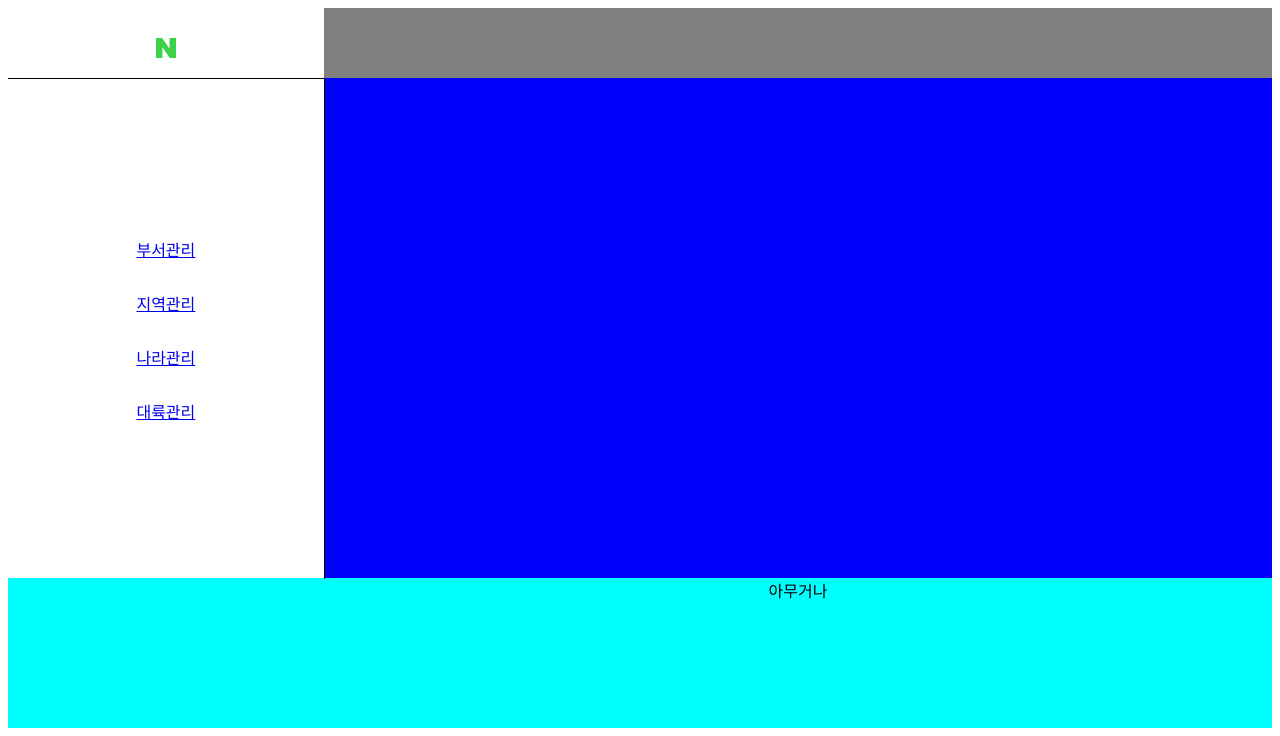
Repository: mireu930/Serverlet_App
Page: src/build/classes/webapp/template/layout.html
The author's editor kept a copy of each file at every save. The page is drawn from the files as they stood at one save, then again after the next save.
The browser window is 1280 px wide. The pictures show the whole page.

Above is the page before, as saved 2025-02-07 12:19:34.

### src/build/classes/webapp/template/layout.html
<!DOCTYPE html>
<html lang="en">
<head>
  <meta charset="UTF-8">
  <meta name="viewport" content="width=device-width, initial-scale=1.0">
  <title>Document</title>
  <style>
    header {
  width: 100%;
  height: 70px;
  /* background-color: gray; */
}

.wrap_left{
  display: flex;
}

.left {
  width: 25%;
  height: 100%;

}

.right {
  width: 75%;
  height: 100%;
}

.logo {
  /* background-color:aqua; */
  box-sizing: border-box;
  /* padding: 20px 60px; */
}

.logo img {
  display: block;
  margin: 30px auto;
}

.menu {
  background-color:gray;

}

.content {
  width: 100%;
  height: 500px;
  /* background-color: red; */
}

.content_left {
  /* background-color:yellow; */
  /* padding: auto 0; */
  border-top: 1px solid black;
  border-right: 1px solid black;
}

.content_left ul {
  list-style: none;
  margin: 50% 0;
  padding: 0;
}

.content_left ul li {
  margin: 30px 0;
  display: block;
  text-align: center;
}

.content_right {
  background-color:blue;
}

footer {
  width: 100%;
  height: 150px;
  background-color: aqua;
  text-align: center;
}

.footer_right {
  height: 150px;
}
  </style>
</head>
<body>
  <header class = "wrap_left">
    <div class = "left logo" >
      <img src = "/naver_sports/images/네이버.svg">
    </div>
    <div class = "right menu">

    </div>
  </header>
  <section class = "wrap_left content">
    <nav class = "left content_left">
      <ul>
        <li><a href="#">부서관리</a></li>
        <li><a href="#">지역관리</a></li>
        <li><a href="#">나라관리</a></li>
        <li><a href="#">대륙관리</a></li>
      </ul>
    </nav>
    <div class = " right content_right">

    </div>
  </section>
  <footer class = "wrap_left">
    <div class = "left footer_left">

    </div>
    <div class = "right footer_right">
      아무거나
    </div>
  </footer>

</body>
</html>

After the next save:
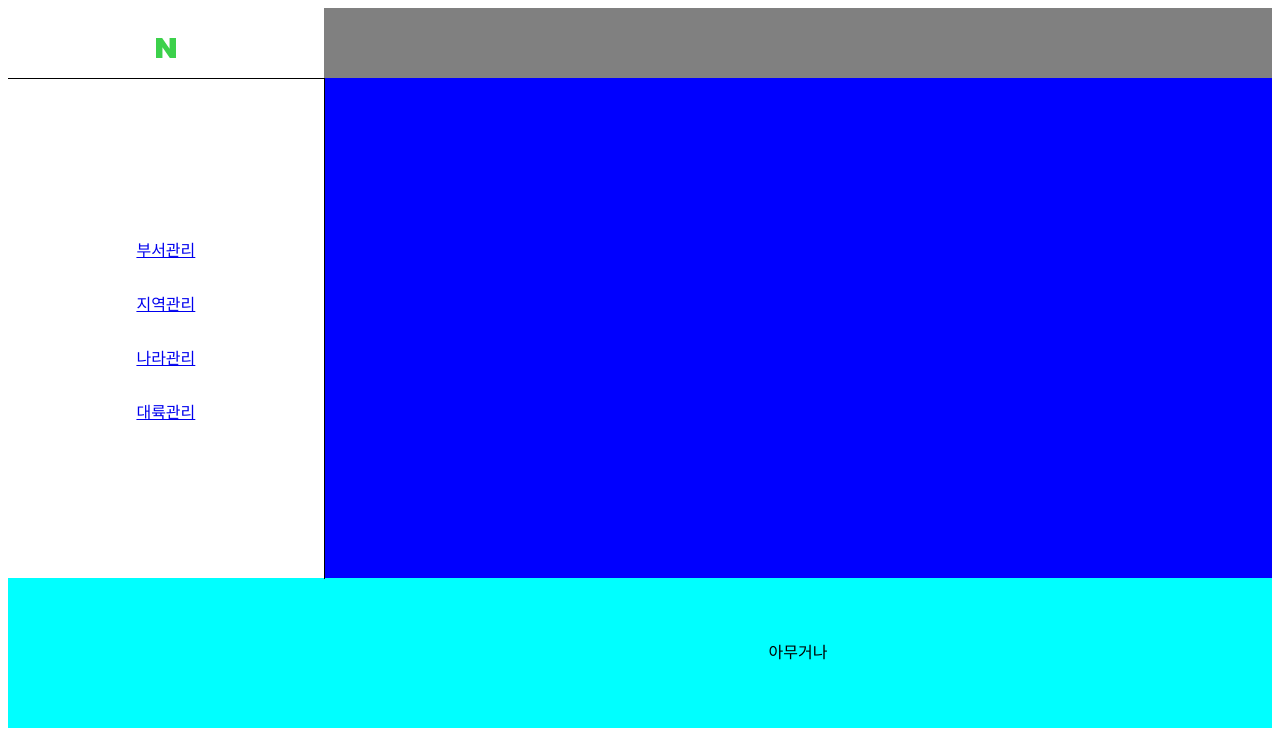
Saved 6 min 22 s later.
--- a/src/build/classes/webapp/template/layout.html
+++ b/src/build/classes/webapp/template/layout.html
@@ -79,7 +79,8 @@
 }
 
 .footer_right {
-  height: 150px;
+  /* height: 150px; */
+  line-height: 150px;
 }
   </style>
 </head>
